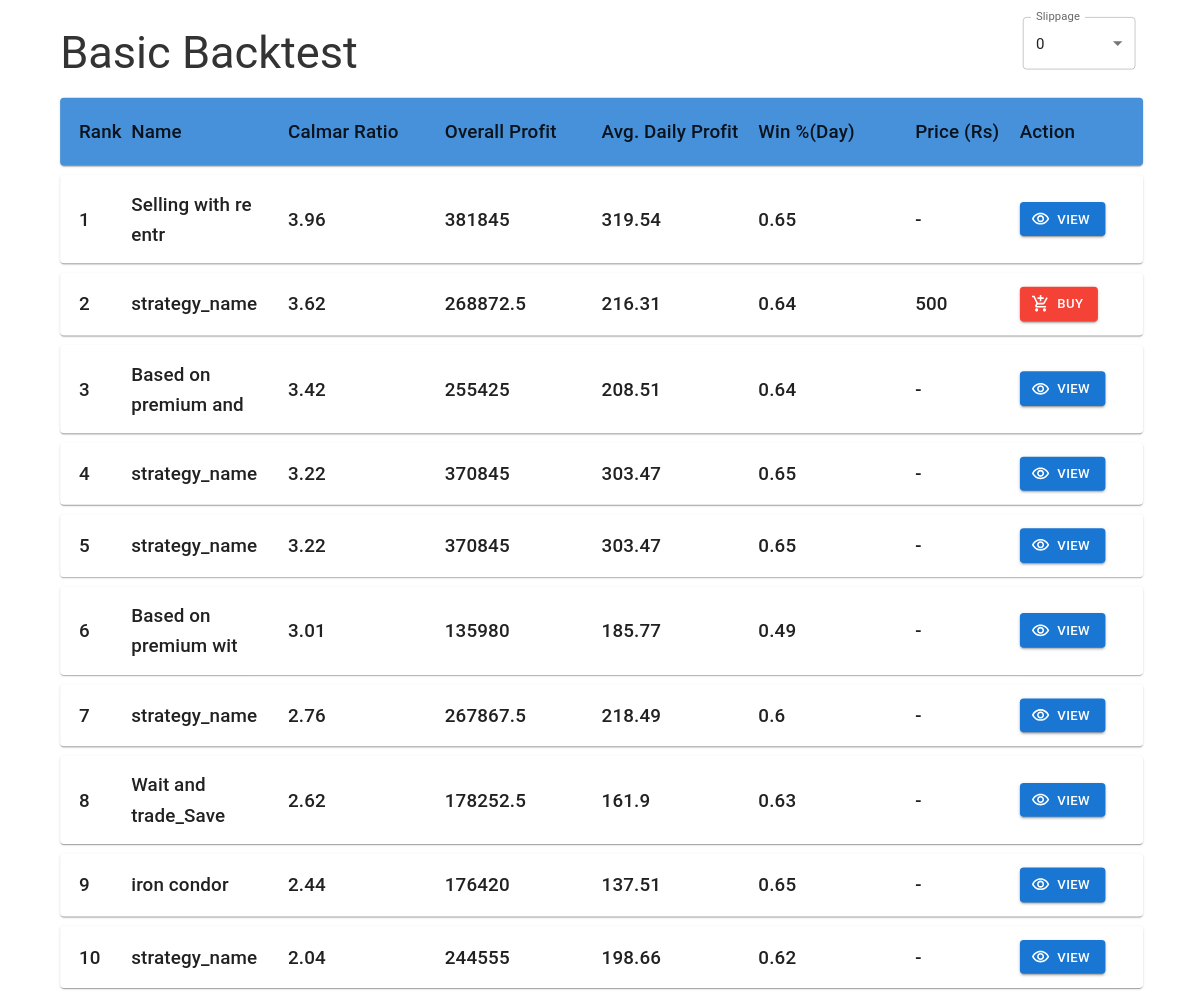
Repository: PraTEEkgUpTa2/Leaderboard
Page: /
The author's editor kept a copy of each file at every save. The page is drawn from the files as they stood at one save, then again after the next save.
The browser window is 1280 px wide. The pictures show the whole page, at 94% of full size.
The project was rebuilt for these pictures with package versions that can differ from the ones it lists, and the page was loaded fresh each time. Also part of the build but not shown: src/App.css.

Above is the page before, as saved 2024-05-28 14:02:04.

After the next save:
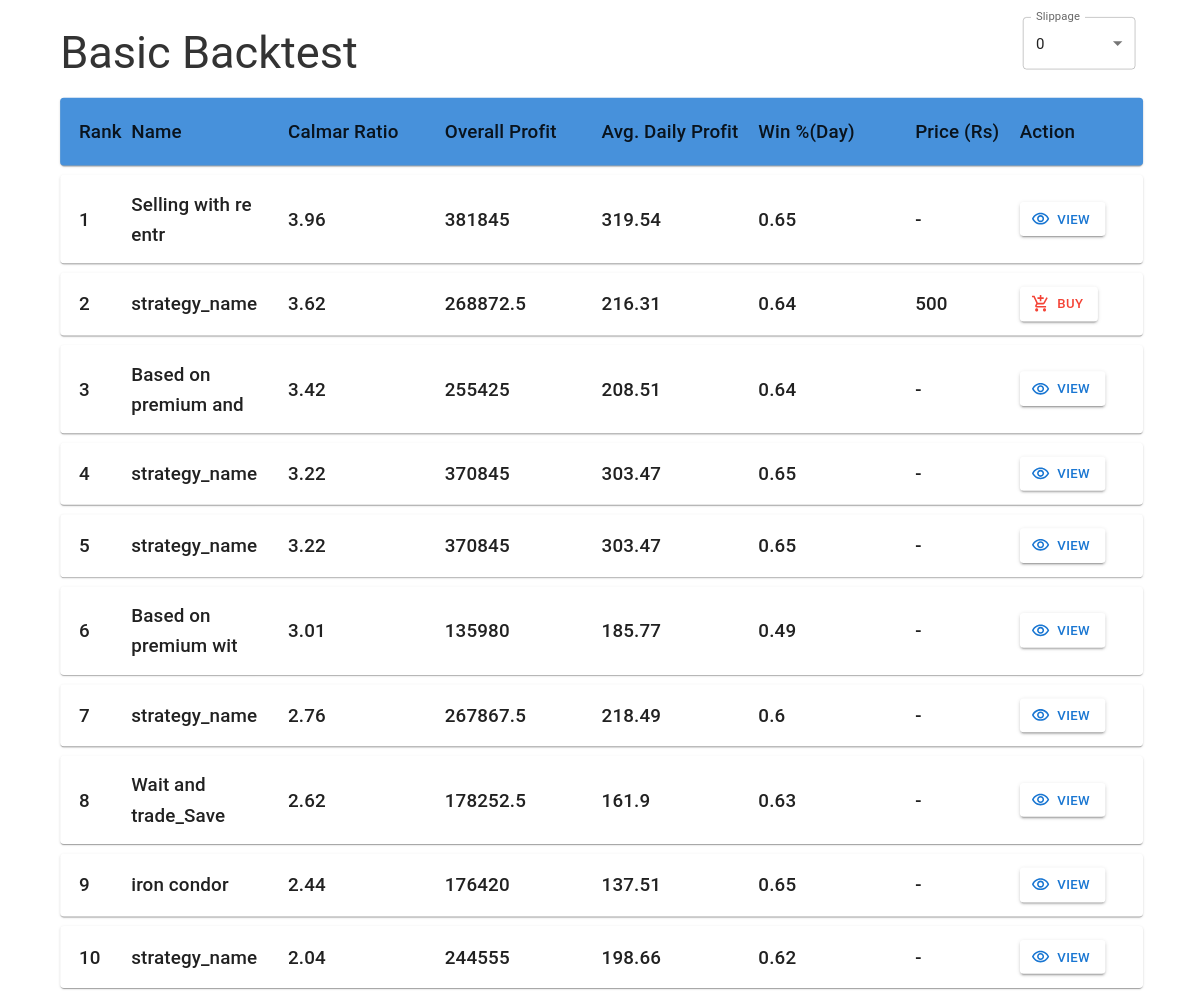
Saved 10 min 3 s later.
--- a/src/Leaderboard.js
+++ b/src/Leaderboard.js
@@ -36,10 +36,13 @@ const Tab = styled(Paper)(({ theme }) => ({
 }));
 
 const ViewButton = styled(Button)(({ theme }) => ({
-  backgroundColor: theme.palette.primary.main,
-  color: theme.palette.common.white,
+  borderColor: theme.palette.primary.main,
+  color: theme.palette.primary.main,
+  backgroundColor: 'transparent',
   '&:hover': {
-    backgroundColor: theme.palette.primary.dark,
+    borderColor: theme.palette.primary.dark,
+    color: theme.palette.primary.dark,
+    backgroundColor: 'transparent',
   },
   '& .MuiButton-startIcon': {
     marginRight: theme.spacing(1),
@@ -47,10 +50,13 @@ const ViewButton = styled(Button)(({ theme }) => ({
 }));
 
 const BuyButton = styled(Button)(({ theme }) => ({
-  backgroundColor: theme.palette.error.main,
-  color: theme.palette.common.white,
+  borderColor: theme.palette.error.main,
+  color: theme.palette.error.main,
+  backgroundColor: 'transparent',
   '&:hover': {
-    backgroundColor: theme.palette.error.dark,
+    borderColor: theme.palette.error.dark,
+    color: theme.palette.error.dark,
+    backgroundColor: 'transparent',
   },
   '& .MuiButton-startIcon': {
     marginRight: theme.spacing(1),
